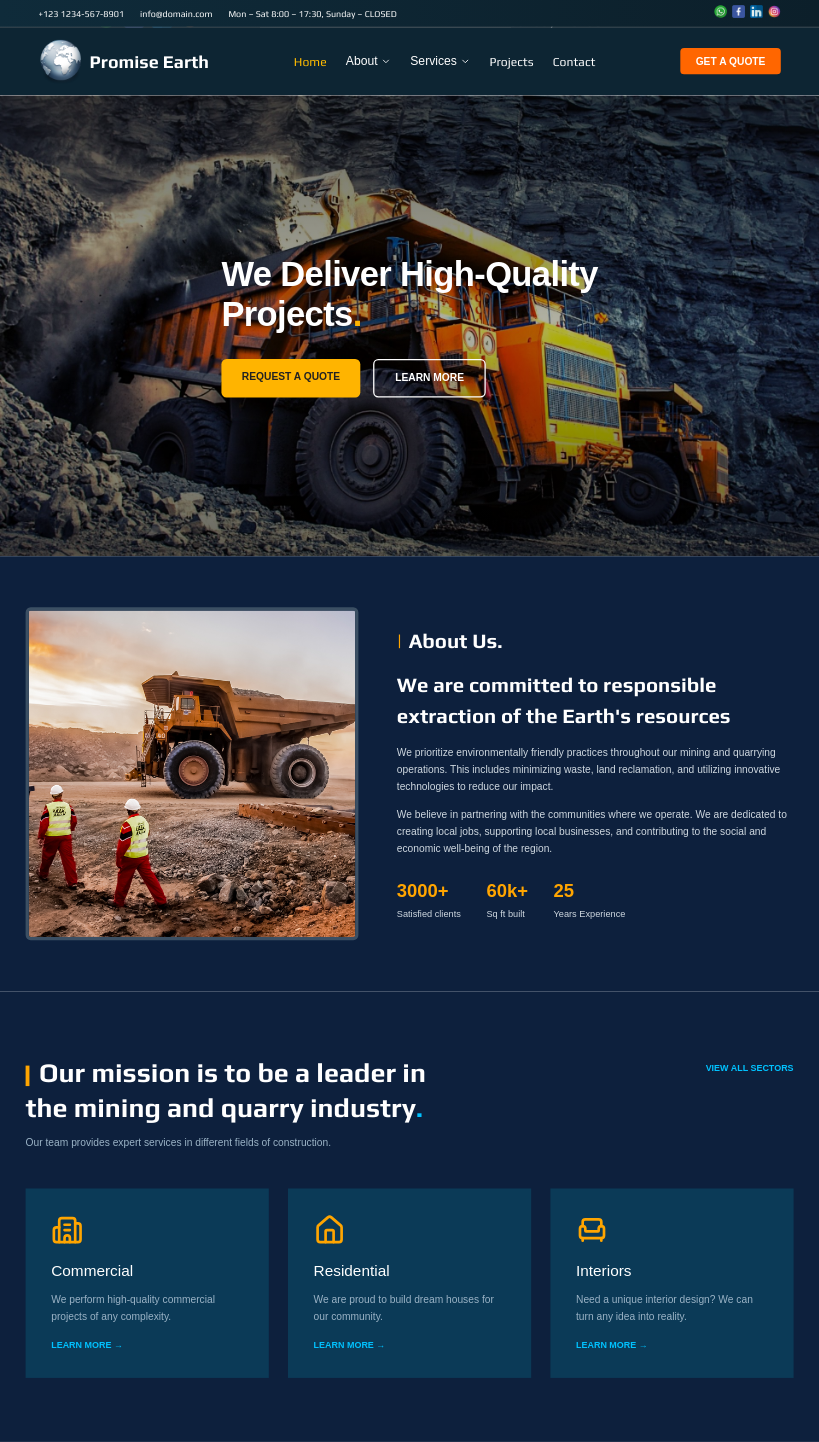
Repository: KC-Minchakpu/promise-earth
Page: /
An editor plug-in stored every save of this project. The page is shown before and after the next save, followed by the edit.
The browser window is 1280 px wide. The pictures show the whole page, at 64% of full size.
The project was rebuilt for these pictures with package versions that can differ from the ones it lists, and the page was loaded fresh each time. The framework's server and built-in components were replaced by stand-ins that run in the browser. Also part of the build but not shown: next.config.ts.

Above is the page before, as saved 2026-02-26 15:27:09.

### src/app/layout.tsx
import type { Metadata } from "next";
import { Play, Poppins } from "next/font/google";
import "./globals.css";
import Header from "@/components/Header/Header";

const play = Play({
  variable: "--font-play",
  subsets: ["latin"],
  weight: ["400", "700"],
});

const poppins = Poppins({
  variable: "--font-poppins",
  subsets: ["latin"],
  weight: ["300", "400", "500", "600", "700"],
});

export const metadata: Metadata = {
  title: "Create Next App",
  description: "Generated by create next app",
};

export default function RootLayout({
  children,
}: Readonly<{
  children: React.ReactNode;
}>) {
  return (
    <html lang="en">
      <body
        className={`${play.variable} ${poppins.variable} antialiased`}
      >
        <Header />
        {children}
      </body>
    </html>
  );
}

### src/app/page.tsx
import AboutUsSection from "@/components/About/AboutUsSection";
import Hero from "@/components/Hero/Hero";
import ServicesSection from "@/components/Services/ServicesSection";


export default function Home() {
  return (
   <>
    <Hero />
    <AboutUsSection />
    <ServicesSection />
  </>
  );
}

### src/app/globals.css
@import "tailwindcss";

:root {
  --background: #ffffff;
  --foreground: #171717;
}


@media (prefers-color-scheme: dark) {
  :root {
    --background: #0a0a0a;
    --foreground: #ededed;
  }
}

body {
  background: var(--background);
  color: var(--foreground);
  font-family: Arial, Helvetica, sans-serif;
}

### src/components/Header/Header.tsx
"use client";

import { useState, useEffect, useRef } from "react";
import { usePathname } from "next/navigation";
import Link from "next/link";
import Image from "next/image";
import styles from "./Header.module.css";
import { ChevronDown, Menu, X } from "lucide-react";

const Header = () => {
  const pathname = usePathname();

  const [mobileOpen, setMobileOpen] = useState(false);
  const [scrolled, setScrolled] = useState(false);
  const [aboutOpen, setAboutOpen] = useState(false);
  const [servicesOpen, setServicesOpen] = useState(false);

  // FIX: correct timeout type
  const aboutTimeoutRef = useRef<ReturnType<typeof setTimeout> | null>(null);
  const servicesTimeoutRef = useRef<ReturnType<typeof setTimeout> | null>(null);

  /* Sticky Scroll */
  useEffect(() => {
    const handleScroll = () => {
      setScrolled(window.scrollY > 20);
    };

    window.addEventListener("scroll", handleScroll);
    return () => window.removeEventListener("scroll", handleScroll);
  }, []);

  const isActive = (path: string) => pathname === path;

  const socials = [
    { href: "#", src: "/icons/whatsapp.png", alt: "WhatsApp", title: "WhatsApp" },
    { href: "#", src: "/icons/facebook.png", alt: "Facebook", title: "Facebook" },
    { href: "#", src: "/icons/linkedin.png", alt: "LinkedIn", title: "LinkedIn" },
    { href: "#", src: "/icons/instagram.png", alt: "Instagram", title: "Instagram" },
  ];

  return (
    <header className={`${styles.header} ${scrolled ? styles.scrolled : ""}`}>

      {/* TOP BAR */}
      <div className={styles.topBar}>
        <div className={styles.topContainer}>

          <div className={styles.topLeft}>
            <span>+123 1234-567-8901</span>
            <span>info@domain.com</span>
            <span>Mon – Sat 8:00 – 17:30, Sunday – CLOSED</span>
          </div>

          <div className={styles.topRight}>
            {socials.map((social) => (
              <a key={social.alt} href={social.href} title={social.title}>
                <Image
                  src={social.src}
                  alt={social.alt}
                  width={20}
                  height={20}
                />
              </a>
            ))}
          </div>

        </div>
      </div>


      {/* NAVBAR */}
      <div className={styles.navbar}>
        <div className={styles.navContainer}>

          {/* LOGO */}
          <Link href="/" className={styles.logo}>
            <Image
              src="/images/globe.png"
              alt="Promise Earth Logo"
              width={70}
              height={70}
              priority
            />
            <span>Promise Earth</span>
          </Link>


          {/* NAV LINKS */}
          <nav className={`${styles.navLinks} ${mobileOpen ? styles.show : ""}`}>

            <Link href="/" className={isActive("/") ? styles.active : ""}>
              Home
            </Link>


            {/* ABOUT */}
            <div
              className={styles.dropdown}
              onMouseEnter={() => {
                if (aboutTimeoutRef.current) clearTimeout(aboutTimeoutRef.current);
                setAboutOpen(true);
              }}
              onMouseLeave={() => {
                aboutTimeoutRef.current = setTimeout(() => {
                  setAboutOpen(false);
                }, 150);
              }}
            >

              <button className={styles.dropBtn}>
                About <ChevronDown size={16} />
              </button>

              <div className={`${styles.dropdownMenu} ${aboutOpen ? styles.showDropdown : ""}`}>
                <Link href="/promise-earth">Promise Earth</Link>
                <Link href="/emmanuel-benjamin">Emmanuel K. Benjamin</Link>
                <Link href="/our-team">Our Team</Link>
              </div>

            </div>


            {/* SERVICES */}
            <div
              className={styles.dropdown}
              onMouseEnter={() => {
                if (servicesTimeoutRef.current) clearTimeout(servicesTimeoutRef.current);
                setServicesOpen(true);
              }}
              onMouseLeave={() => {
                servicesTimeoutRef.current = setTimeout(() => {
                  setServicesOpen(false);
                }, 150);
              }}
            >

              <button className={styles.dropBtn}>
                Services <ChevronDown size={16} />
              </button>

              <div className={`${styles.dropdownMenu} ${servicesOpen ? styles.showDropdown : ""}`}>
                <Link href="/mining">Mining</Link>
                <Link href="/quarry">Quarry</Link>
                <Link href="/construction">Construction</Link>
                <Link href="/excavation">Excavation</Link>
                <Link href="/sandstones">Sandstones</Link>
              </div>

            </div>


            <Link href="/projects" className={isActive("/projects") ? styles.active : ""}>
              Projects
            </Link>

            <Link href="/contact" className={isActive("/contact") ? styles.active : ""}>
              Contact
            </Link>

          </nav>


          {/* CTA */}
          <div className={styles.cta}>
            <Link href="/contact">GET A QUOTE</Link>
          </div>


          {/* MOBILE TOGGLE */}
          <div
            className={styles.mobileToggle}
            onClick={() => setMobileOpen(!mobileOpen)}
          >
            {mobileOpen ? <X size={24} /> : <Menu size={24} />}
          </div>


        </div>
      </div>

    </header>
  );
};

export default Header;

### src/components/About/AboutUsSection.tsx
// components/AboutUsSection.tsx
"use client";

import Image from "next/image";
import styles from "./AboutUsSection.module.css";

const AboutUsSection = () => {
  return (
    <section className={styles.aboutSection}>
      <div className={styles.container}>
        {/* Left Image */}
        <div className={styles.imageWrapper}>
          <Image
            src="/images/about-1.png"
            alt="Earth Moving Vehicle"
            width={400}
            height={400}
            className={styles.image}
          />
        </div>

        {/* Right Content */}
        <div className={styles.content}>
          <h2 className={styles.heading}>
            <span className={styles.highlight}>|</span> About Us.
          </h2>
          <h2 className={styles.heading}>
            We are committed to responsible extraction of the Earth&apos;s resources
          </h2>
          <p className={styles.description}>
            We prioritize environmentally friendly practices throughout our mining and quarrying operations. This includes minimizing waste, land reclamation, and utilizing innovative technologies to reduce our impact.
          </p>
          <p className={styles.description}>
            We believe in partnering with the communities where we operate. We are dedicated to creating local jobs, supporting local businesses, and contributing to the social and economic well-being of the region.
          </p>

          {/* Stats */}
          <div className={styles.stats}>
            <div className={styles.statItem}>
              <span className={styles.statNumber}>3000+</span>
              <span className={styles.statLabel}>Satisfied clients</span>
            </div>
            <div className={styles.statItem}>
              <span className={styles.statNumber}>60k+</span>
              <span className={styles.statLabel}>Sq ft built</span>
            </div>
            <div className={styles.statItem}>
              <span className={styles.statNumber}>25</span>
              <span className={styles.statLabel}>Years Experience</span>
            </div>
          </div>
        </div>
      </div>
    </section>
  );
};

export default AboutUsSection;

### src/components/Hero/Hero.tsx
"use client";

import Image from "next/image";
import Link from "next/link";
import styles from "./Hero.module.css";

const Hero = () => {
  return (
    <section className={styles.hero}>
      {/* Background Image */}
      <Image
        src="/images/hero.jpg"
        alt="Earth moving Vehicle"
        fill
        priority
        className={styles.backgroundImage}
      />

      {/* Overlay */}
      <div className={styles.overlay}></div>

      {/* Content */}
      <div className={styles.content}>
        <h1 className={styles.heading}>
          We Deliver High-Quality
          <br />
           Projects<span className={styles.highlight}>.</span>
        </h1>

        <div className={styles.buttons}>
          <Link href="/contact" className={styles.primaryBtn}>
            REQUEST A QUOTE
          </Link>

          <Link href="/about" className={styles.secondaryBtn}>
            LEARN MORE
          </Link>
        </div>
      </div>
    </section>
  );
};

export default Hero;

### src/components/Services/ServicesSection.tsx
"use client";

import styles from "./ServicesSection.module.css";
import Link from "next/link";
import {
  Building2,
  Home,
  Armchair,
} from "lucide-react";

const services = [
  {
    icon: Building2,
    title: "Commercial",
    description:
      "We perform high-quality commercial projects of any complexity.",
    link: "#",
  },
  {
    icon: Home,
    title: "Residential",
    description:
      "We are proud to build dream houses for our community.",
    link: "#",
  },
  {
    icon: Armchair,
    title: "Interiors",
    description:
      "Need a unique interior design? We can turn any idea into reality.",
    link: "#",
  },
];

export default function ServicesSection() {
  return (
    <section className={styles.section}>

      <div className={styles.container}>

        {/* Header */}
        <div className={styles.header}>

          <div>
            <h2 className={styles.title}>
              <span className={styles.bar}></span>
              Our mission is to be a leader in the mining and quarry industry<span className={styles.dot}>.</span>
            </h2>

            <p className={styles.subtitle}>
              Our team provides expert services in different fields of construction.
            </p>
          </div>

          <Link href="#" className={styles.viewAll}>
            VIEW ALL SECTORS
          </Link>

        </div>


        {/* Cards */}
        <div className={styles.grid}>

          {services.map((service, index) => {

            const Icon = service.icon;

            return (
              <div key={index} className={styles.card}>

                <Icon className={styles.icon} />

                <h3 className={styles.cardTitle}>
                  {service.title}
                </h3>

                <p className={styles.cardDescription}>
                  {service.description}
                </p>

                <Link href={service.link} className={styles.learnMore}>
                  LEARN MORE →
                </Link>

              </div>
            );
          })}

        </div>

      </div>

    </section>
  );
}

### src/components/Header/Header.module.css
.header {
  position: sticky;
  top: 0;
  z-index: 9999;
  transition: all 0.3s ease;
}

.scrolled {
  box-shadow: 0 6px 20px rgba(0, 0, 0, 0.15);
}

.topBar {
  background: linear-gradient(to right, #0f2b3a, #0c1f2a);
  color: #ffffff;
  font-size: 14px;
  font-family: "Play", sans-serif;
  border-bottom: 1px solid #888888;
}

.topContainer {
  max-width: 1200px;
  margin: auto;
  padding: 8px 20px;
  display: flex;
  justify-content: space-between;
  align-items: center;
}

.topLeft span {
  margin-right: 25px;
}

.topRight a {
  margin-left: 8px;
  display: inline-block;
}

/* NAVBAR */
.navbar {
  background: #0d2533;
  color: white;
}

.navContainer {
  max-width: 1200px;
  margin: auto;
  padding: 18px 20px;
  display: flex;
  align-items: center;
  justify-content: space-between;
}

/* LOGO */
.logo {
  display: flex;
  align-items: center;
  gap: 10px;
  font-size: 28px;
  font-weight: bold;
  font-family: "Play", sans-serif;
  text-decoration: none;
  color: white;
}

/* NAV LINKS */
.navLinks {
  display: flex;
  align-items: center;
  gap: 30px;
}

.navLinks a {
  color: white;
  text-decoration: none;
  font-size: 19px;
  font-weight: 500;
  transition: color 0.3s ease;
  font-family: "Play", sans-serif;
}

.navLinks a:hover {
  color: #ffae00;
}

.active {
  color: #ffbb00 !important;
}

/* DROPDOWN  */
.dropdown {
  position: relative;
}

.dropBtn {
  background: none;
  border: none;
  color: white;
  font-weight: 500;
  font-size: 19px;
  display: flex;
  align-items: center;
  gap: 5px;
  cursor: pointer;
  transition: color 0.3s ease;
}

.dropBtn:hover {
  color: #ffc400;
}

.dropdownMenu {
  position: absolute;
  top: 100%;
  left: 0;
  margin-top: 0;
  background: #111111;
  min-width: 250px;
  border-radius: 6px;
  box-shadow: 0 10px 25px rgba(0, 0, 0, 0.15);
  opacity: 0;
  transform: translateY(10px);
  pointer-events: none;
  transition: all 0.25s ease;
}

.showDropdown {
  opacity: 1;
  transform: translateY(0);
  pointer-events: auto;
}

.dropdownMenu a {
  display: block;
  padding: 12px 18px;
  color: #ffffff;
  text-decoration: none;
  transition: background 0.3s ease;
}

.dropdownMenu a:hover {
   color: #ffc400;
}

/* CTA  */
.cta a {
  background: #ff6600;
  padding: 12px 24px;
  border-radius: 6px;
  color: white;
  text-decoration: none;
  font-weight: bold;
  transition: all 0.3s ease;
}

.cta a:hover {
  background: #e65c00;
  transform: translateY(-2px);
}

/*  MOBILE  */
.mobileToggle {
  display: none;
  cursor: pointer;
}

@media (max-width: 992px) {
  .navLinks {
    position: absolute;
    top: 80px;
    left: 0;
    width: 100%;
    background: #0d2533;
    flex-direction: column;
    padding: 20px;
    display: none;
  }

  .show {
    display: flex;
  }

  .cta {
    display: none;
  }

  .mobileToggle {
    display: block;
  }

  .dropdownMenu {
    position: relative;
    top: 0;
    box-shadow: none;
    opacity: 1;
    transform: none;
    pointer-events: auto;
    background: #112f40;
  }

  .dropdownMenu a {
    color: white;
  }
}

### src/components/About/AboutUsSection.module.css
/* components/AboutUsSection.module.css */

.aboutSection {
  background-color: #0d203d;
  padding: 80px 20px;
  color: #ffffff;
}

.container {
  display: flex;
  align-items: center;
  justify-content: center;
  gap: 60px;
  max-width: 1200px;
  margin: 0 auto;
  flex-wrap: wrap;
}

.imageWrapper {
  flex: 1 1 400px;
}

.image {
  border: 5px solid #3b4f63;
  border-radius: 8px;
  width: 100%;
  height: auto;
  object-fit: cover;
}

.content {
  flex: 1 1 500px;
}

.heading {
  font-size: 2rem;
  font-weight: 700;
  font-family: "Play", sans-serif;
  margin-bottom: 20px;
  display: flex;
  align-items: center;
}

.highlight {
  color: #ffa500;
  margin-right: 10px;
}

.description {
  font-size: 1rem;
  line-height: 1.7;
  margin-bottom: 15px;
  color: #cfd8e0;
}

.stats {
  display: flex;
  gap: 40px;
  margin-top: 30px;
  flex-wrap: wrap;
}

.statItem {
  display: flex;
  flex-direction: column;
  align-items: flex-start;
}

.statNumber {
  font-size: 1.8rem;
  font-weight: 700;
  color: #ffa500;
}

.statLabel {
  font-size: 0.9rem;
  color: #cfd8e0;
  margin-top: 5px;
}

### src/components/Hero/Hero.module.css
.hero {
  position: relative;
  width: 100%;
  height: 100vh;
  min-height: 650px;
  display: flex;
  align-items: center;
  overflow: hidden;
}

/* Background Image */
.backgroundImage {
  object-fit: cover;
  z-index: 1;
}

/* Blue Gradient Overlay */
.overlay {
  position: absolute;
  inset: 0;
  background: linear-gradient(
    180deg,
    rgba(0, 0, 0, 0.6) 0%,
    rgba(0, 0, 0, 0.3) 50%,
    rgba(0, 0, 0, 0.6) 100%
  );
  z-index: 2;
}

/* Content */
.content {
  position: relative;
  z-index: 3;
  max-width: 1200px;
  margin: 0 auto;
  padding: 0 40px;
  color: white;
}

/* Heading */
.heading {
  font-size: 54px;
  font-weight: 800;
  line-height: 1.15;
  letter-spacing: -1px;
  margin-bottom: 40px;
  max-width: 700px;
}

.highlight {
  color: #ffb400;
}

/* Buttons */
.buttons {
  display: flex;
  gap: 20px;
}

.primaryBtn {
  background: #ffb400;
  color: #222222;
  padding: 16px 32px;
  border-radius: 8px;
  font-weight: 700;
  text-decoration: none;
  transition: all 0.3s ease;
}

.primaryBtn:hover {
  background: #e6a200;
  transform: translateY(-3px);
}

.secondaryBtn {
  border: 2px solid #ffffff;
  color: #ffffff;
  padding: 16px 32px;
  border-radius: 8px;
  font-weight: 600;
  text-decoration: none;
  transition: all 0.3s ease;
}

.secondaryBtn:hover {
  background: rgba(255, 255, 255, 0.1);
  transform: translateY(-3px);
}

/* Responsive */

@media (max-width: 1024px) {
  .heading {
    font-size: 48px;
  }
}

@media (max-width: 768px) {
  .hero {
    height: 85vh;
  }

  .heading {
    font-size: 36px;
  }

  .buttons {
    flex-direction: column;
    gap: 15px;
  }

  .primaryBtn,
  .secondaryBtn {
    width: fit-content;
  }
}

### src/components/Services/ServicesSection.module.css
.section {
  background-color: #0d203d;
  padding: 100px 20px;

}


.container {
  max-width: 1200px;
  margin: auto;

}


.header {
  display: flex;
  justify-content: space-between;
  align-items: flex-start;
  flex-wrap: wrap;
  margin-bottom: 60px;

}


.title {
  color: white;
  font-size: 42px;
  font-family: "Play", sans-serif;
  font-weight: 700;
  line-height: 1.3;
  max-width: 700px;
  margin-bottom: 15px;

}


.bar {
  display: inline-block;
  width: 6px;
  height: 32px;
  background: orange;
  margin-right: 15px;
  vertical-align: middle;

}


.dot {
  color: #00c2ff;

}


.subtitle {
  color: #9bb3c6;
  font-size: 16px;

}


.viewAll {
  color: #00c2ff;
  font-size: 14px;
  font-weight: 600;
  text-decoration: none;
  margin-top: 10px;

}


.viewAll:hover {
  text-decoration: underline;

}


/* GRID */


.grid {
  display: grid;
  grid-template-columns: repeat(3, 1fr);
  gap: 30px;

}


/* CARD */

.card {
  background-color: #0b3a57;
  padding: 40px;
  transition: 0.3s;

}


.card:hover {
  transform: translateY(-6px);

}


.icon {
  width: 50px;
  height: 50px;
  color: orange;
  margin-bottom: 20px;

}


.cardTitle {
  color: white;
  font-size: 24px;
  margin-bottom: 15px;

}


.cardDescription {
  color: #9bb3c6;
  margin-bottom: 20px;
  line-height: 1.6;

}


.learnMore {
  color: #00c2ff;
  font-size: 14px;
  text-decoration: none;
  font-weight: 600;

}


.learnMore:hover {
  text-decoration: underline;

}



/* RESPONSIVE */

@media (max-width: 992px) {
  .grid {
    grid-template-columns: repeat(2, 1fr);

  }

}


@media (max-width: 600px) {
  .grid {
    grid-template-columns: 1fr;

  }

  .title {
    font-size: 32px;

  }

}

After the next save:
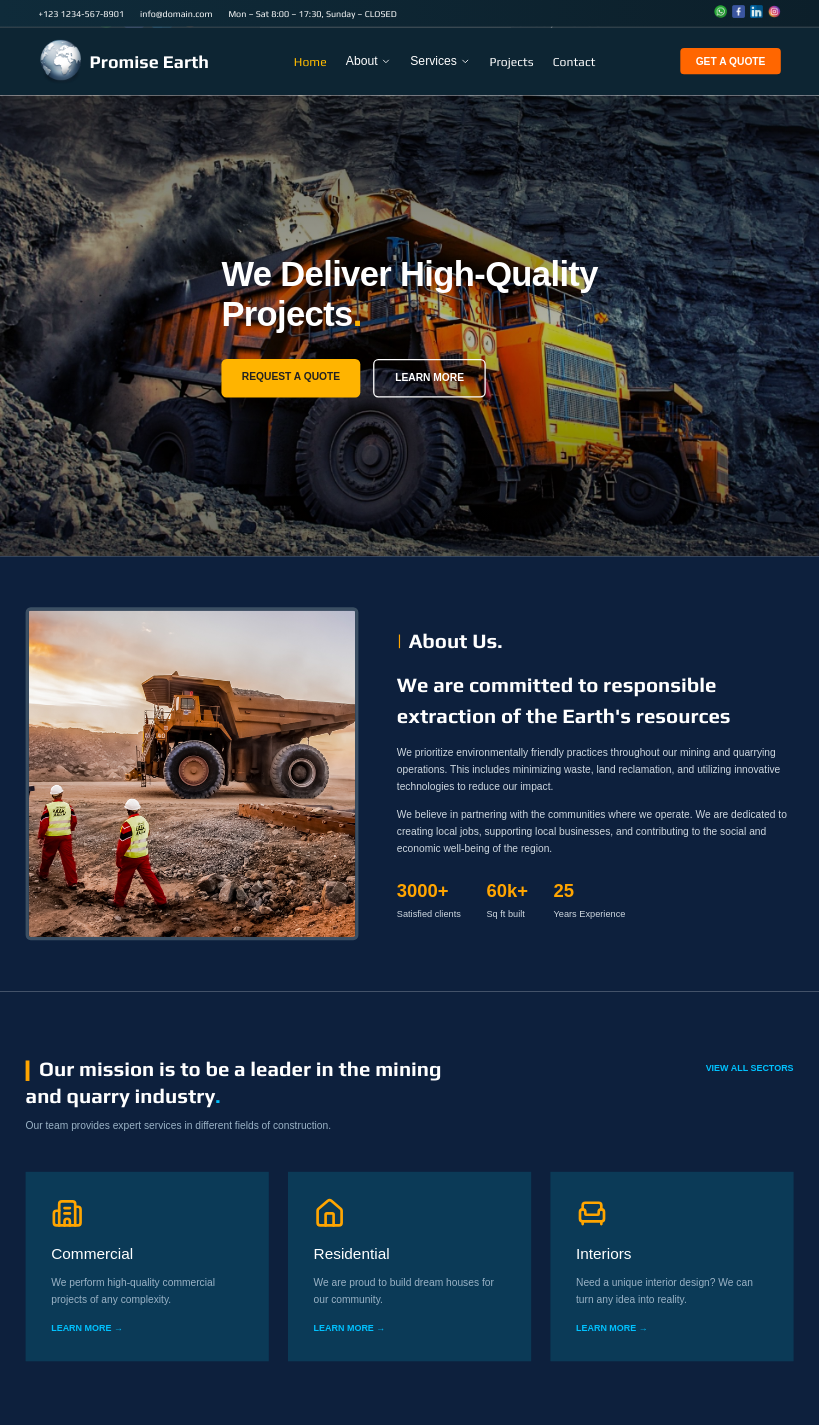
Saved 45 s later.
--- a/src/components/Services/ServicesSection.module.css
+++ b/src/components/Services/ServicesSection.module.css
@@ -24,7 +24,7 @@
 
 .title {
   color: white;
-  font-size: 42px;
+  font-size: 2rem;
   font-family: "Play", sans-serif;
   font-weight: 700;
   line-height: 1.3;
